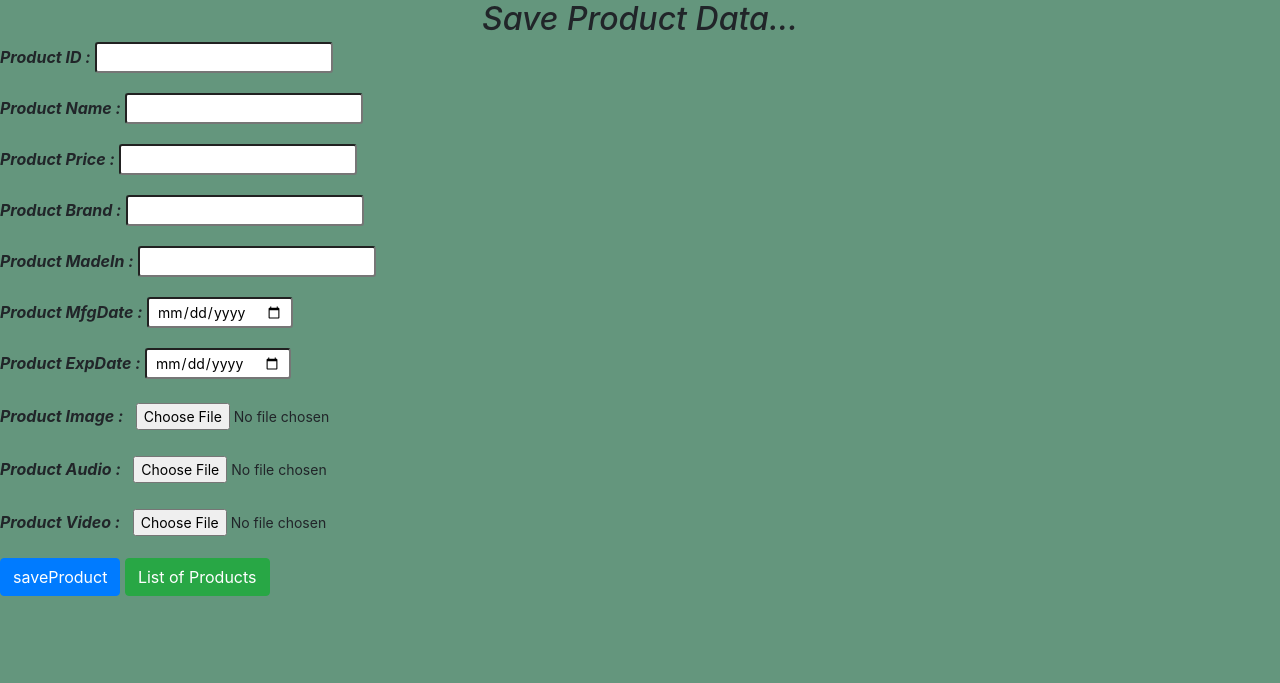
Repository: Ravikumarpabbineedi/advance-java-programs
Page: ProductManagementApp/src/main/webapp/addProducts.html
The author's editor kept a copy of each file at every save. The page is drawn from the files as they stood at one save, then again after the next save.
The browser window is 1280 px wide. The pictures show the whole page.

Above is the page before, as saved 2024-03-15 05:09:40.

### ProductManagementApp/src/main/webapp/addProducts.html

<html>
<head>
	<title> Add Product </title>
	<link rel="stylesheet" href="https://stackpath.bootstrapcdn.com/bootstrap/4.5.2/css/bootstrap.min.css"/>
  <script src="formvalidations.js"></script>
</head>
<body style="background-color: rgb(100, 150, 125);>
	<div class="container mt-5 text-center">
		<h2 class="text-center font-italic mb-1"> Save Product Data... </h2>
		<form method="post" action="./AddProductServlet" enctype="multipart/form-data" onsubm
		it="return validateForm()">
			 <div class="form-group">
					<label class="font-italic font-weight-bold" for="proId"> Product ID : </label>
					<input type="text" class="form-control-sm" id="proId" name="proId" required />
			 </div>

			 <div class="form-group">
					<label class="font-italic font-weight-bold" for="proName"> Product Name : </label>
					<input type="text" class="form-control-sm" id="proName" name="proName" required />
			 </div>

			 <div class="form-group">
					<label class="font-italic font-weight-bold" for="proPrice"> Product Price : </label>
					<input type="number" class="form-control-sm" id="proPrice" name="proPrice" required />
			 </div>

			 <div class="form-group">
					<label class="font-italic font-weight-bold" for="proBrand"> Product Brand : </label>
					<input type="text" class="form-control-sm" id="proBrand" name="proBrand" required />
			 </div>

			 <div class="form-group">
					<label class="font-italic font-weight-bold" for="proMadeIn"> Product MadeIn : </label>
					<input type="text" class="form-control-sm" id="proMadeIn" name="proMadeIn" required />
			 </div>

			 <div class="form-group">
					<label class="font-italic font-weight-bold" for="proMfgDate"> Product MfgDate : </label>
					<input type="date" class="form-control-sm" id="proMfgDate" name="proMfgDate" required />
			 </div>

			 <div class="form-group">
					<label class="font-italic font-weight-bold" for="proExpDate"> Product ExpDate : </label>
					<input type="date" class="form-control-sm" id="proExpDate" name="proExpDate" required />
			 </div>

			 <div class="form-group">
					<label class="font-italic font-weight-bold" for="proImage"> Product Image : </label>
					<input type="file" class="form-control-sm" id="proImage" name="proImage" accept="image/*" required />
			 </div>

			 <div class="form-group">
					<label class="font-italic font-weight-bold" for="proImage"> Product Audio : </label>
					<input type="file" class="form-control-sm" id="proAudio" name="proAudio" accept="audio/*" required />
			 </div>

			 <div class="form-group">
					<label class="font-italic font-weight-bold" for="proImage"> Product Video : </label>
					<input type="file" class="form-control-sm" id="provideo" name="proVideo" accept="video/*" required />
			 </div>

			 <div>
					<input type="submit" class="btn btn-primary" value="saveProduct" />
					<a href="productsList.jsp" class="btn btn-success"> List of Products </a>
			 </div>
		</form>
	</div>
</body>
</html>

### ProductManagementApp/src/main/webapp/formvalidations.js
function validateForm(){
	var proId=document.getElementById('proId').value
	var proName=document.getElementById('proName').value
	var proPrice=document.getElementById('proPrice').value
	var proBrand=document.getElementById('proBrand').value
	var proMadeIn=document.getElementById('proMadeIn').value
	var proMfgDate=document.getElementById('proMfgDate').value
	var proExpDate=document.getElementById('proExpDate').value

	var proMfDate=new Date(proMfgDate)
	var proEpDate=new Date(proExpDate)

	if(proId.trim() ==="" || proName.trim() === "" || proPrice.trim() === "" || proBrand.trim() === "" || proMadeIn.trim() === ""){
		alert("fields must be filled!")
		return false
	}

	if(parseFloat(proPrice) <=0){
		alert("please enter Non-negative numbers")
		return false
	}
	if(proName.length >50 || proBrand.length >50){
		alert("product Name & Brand names must be less than 50 characters")
		return false
	}
	if(proMfDate > proEpDate){
		alert("Expiry date must be less than manufacturing date")
		return false
	}
	return true
}

After the next save:
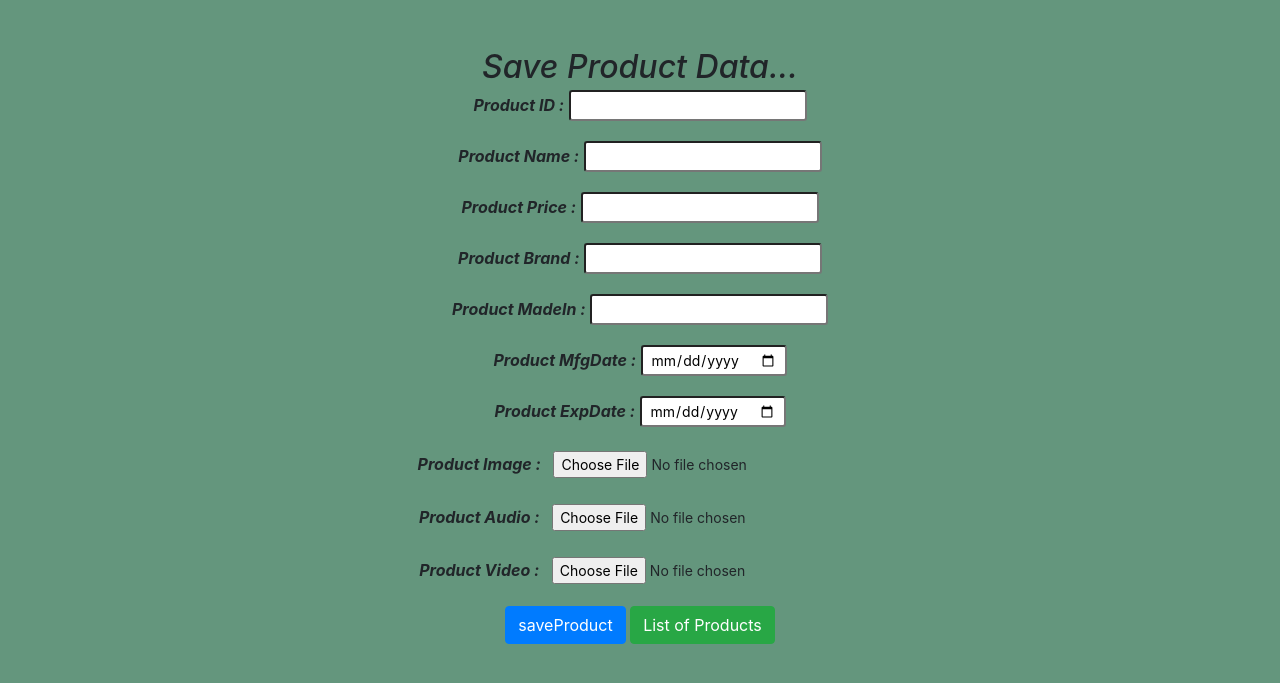
Saved 4 s later.
--- a/ProductManagementApp/src/main/webapp/addProducts.html
+++ b/ProductManagementApp/src/main/webapp/addProducts.html
@@ -5,7 +5,7 @@
 	<link rel="stylesheet" href="https://stackpath.bootstrapcdn.com/bootstrap/4.5.2/css/bootstrap.min.css"/>
   <script src="formvalidations.js"></script>
 </head>
-<body style="background-color: rgb(100, 150, 125);>
+<body style="background-color: rgb(100, 150, 125);">
 	<div class="container mt-5 text-center">
 		<h2 class="text-center font-italic mb-1"> Save Product Data... </h2>
 		<form method="post" action="./AddProductServlet" enctype="multipart/form-data" onsubm
